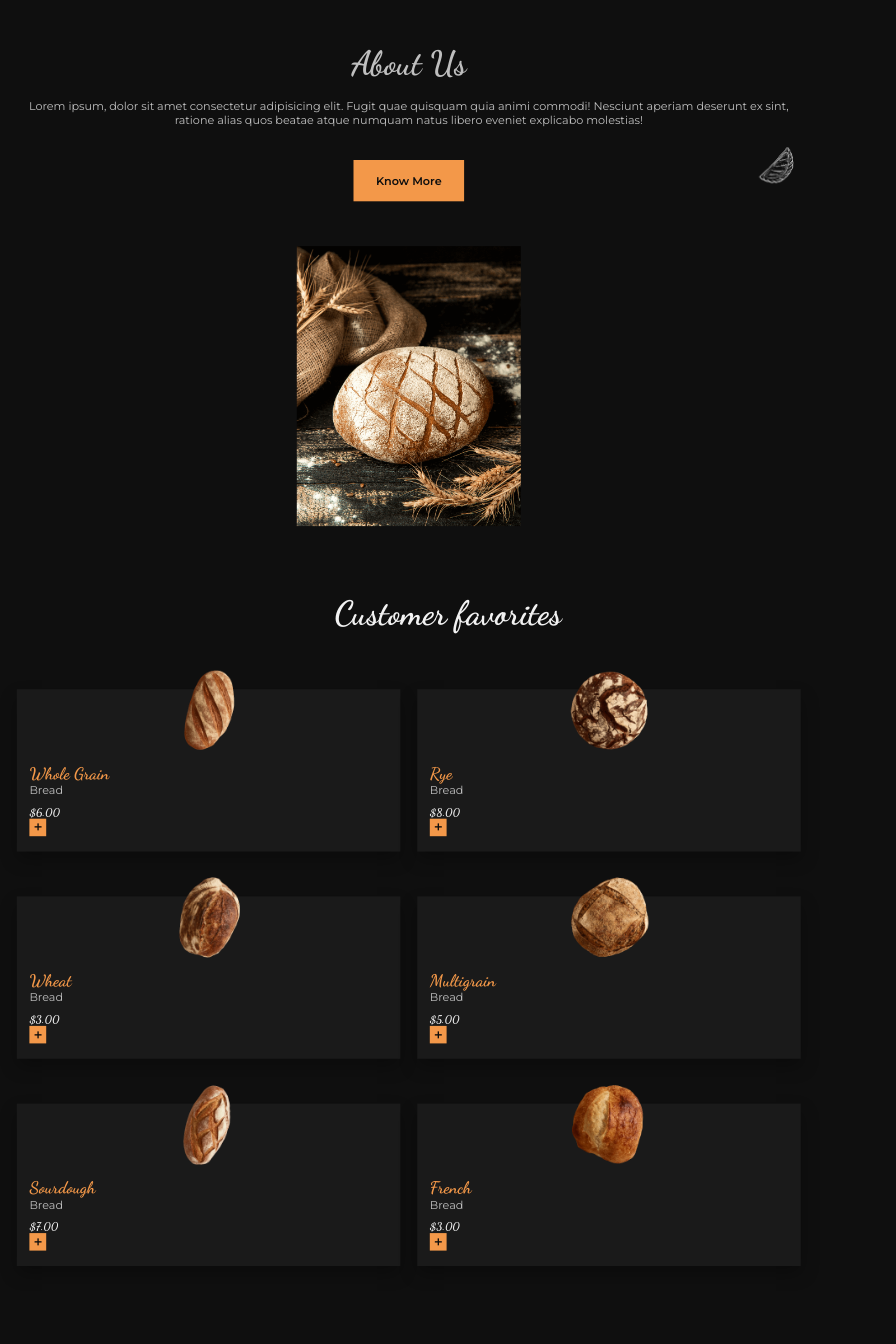
Repository: dinhhaidh/Bakery-web
Page: index.html
An editor plug-in stored every save of this project. The page is shown before and after a run of saves, followed by the edit.
The browser window is 1280 px wide. The pictures show the part of the page from y = 1852 to 3772 px (the page is 3772 px tall before and 3697 px after), at 70% of full size.
Some web libraries are served in a nearby version.

Above is the page before, as saved 2024-01-16 15:20:12.

After the next 3 saves:
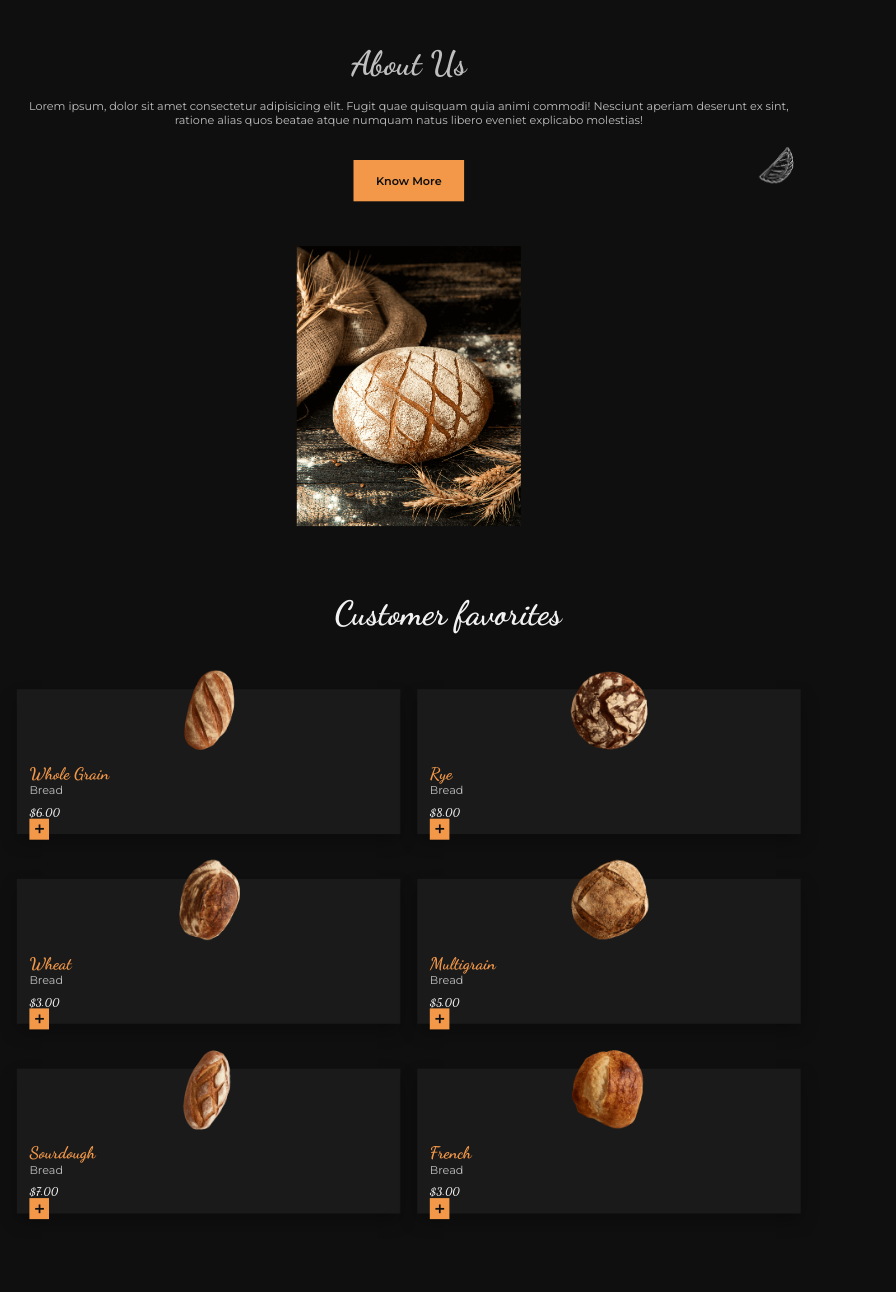
The 3 saves are shown as one change because they came seconds apart.
The last was saved 9 s later.
--- a/css/style.css
+++ b/css/style.css
@@ -424,7 +424,9 @@ transition: border-color .4s;
 }
 .favorite__button{
     padding: 0.25rem;
-    fz1
+    font-size: 1.25rem;
+    position: absolute;
+
 }
 .button{
 
